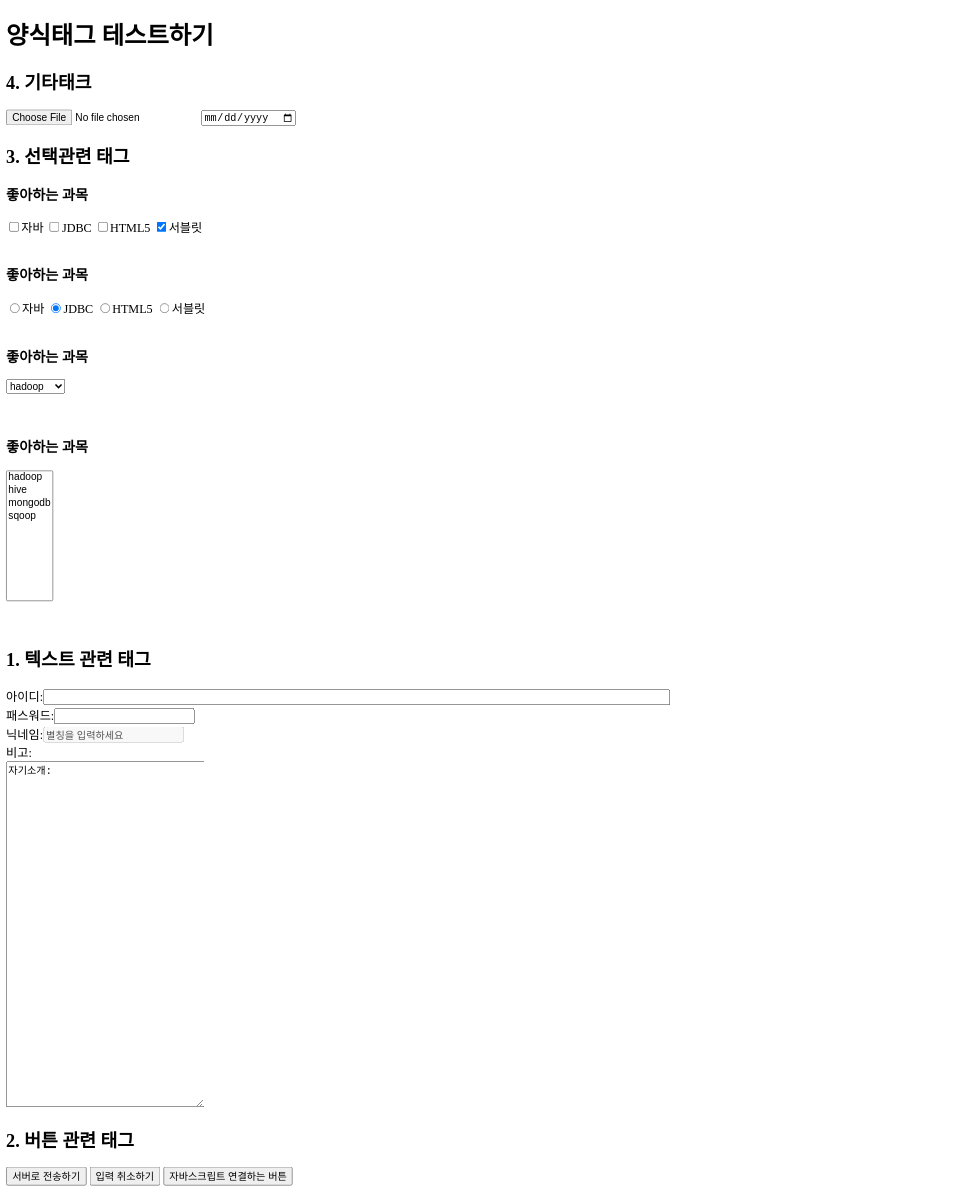
Repository: sonic247897/multicampus-web
Page: clientweb/WebContent/html/formTest.html
These files come from the project's save history. The page is drawn as it stood at one moment and after the next save; the edit follows.
The browser window is 1280 px wide. The pictures show the whole page, at 76% of full size.

Above is the page before, as saved 2020-01-02 07:25:24.

After the next save:
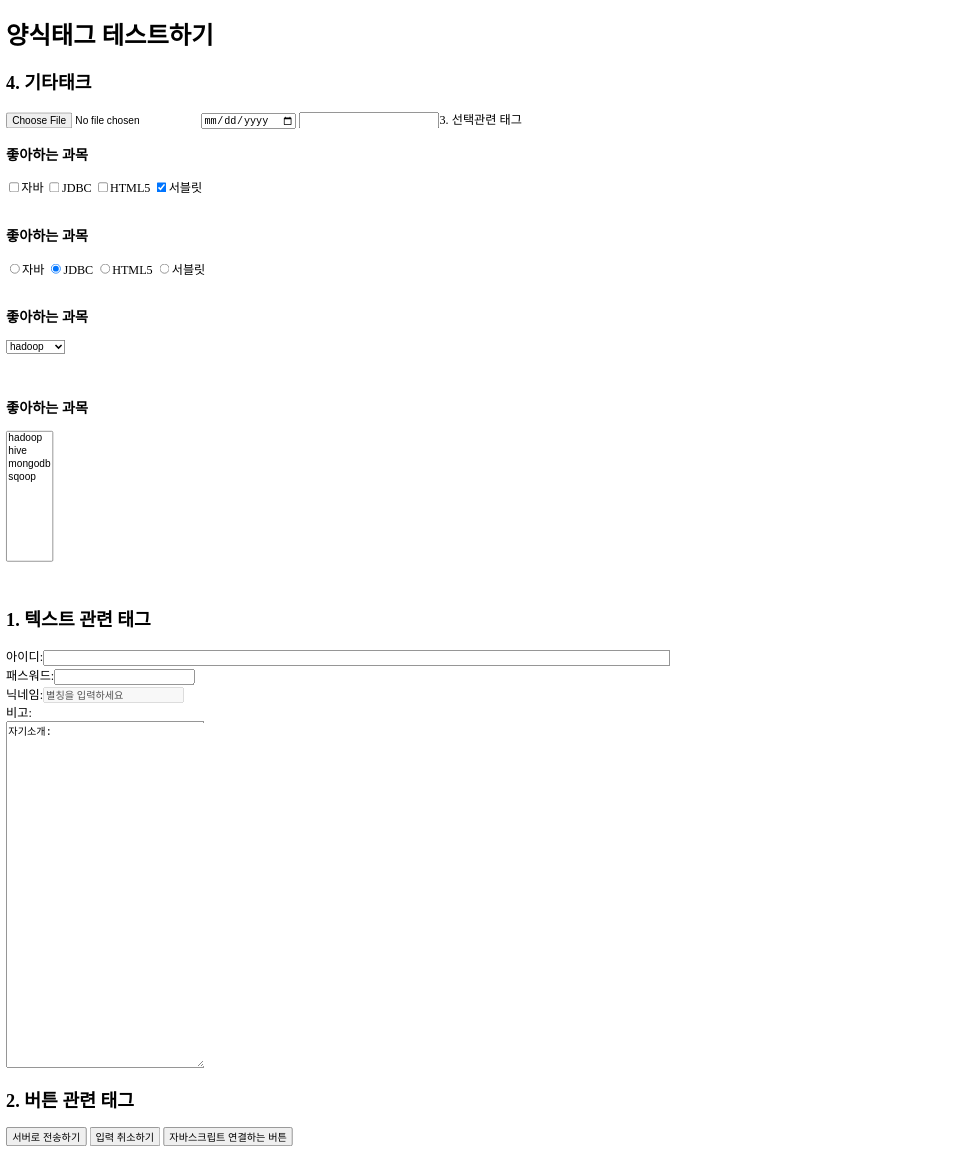
Saved 52 s later.
--- a/clientweb/WebContent/html/formTest.html
+++ b/clientweb/WebContent/html/formTest.html
@@ -11,7 +11,8 @@
 	<!-- action: 보통 절대경로로 준다 -->
 		<h2>4. 기타태크</h2>
 		<input type="file" name = "photo" value="파일선택">
-		<input type="date">
+		<input type="date" name="regdate">
+		<input type="number"
 
 
 		<h2>3. 선택관련 태그</h2>

After the save that followed:
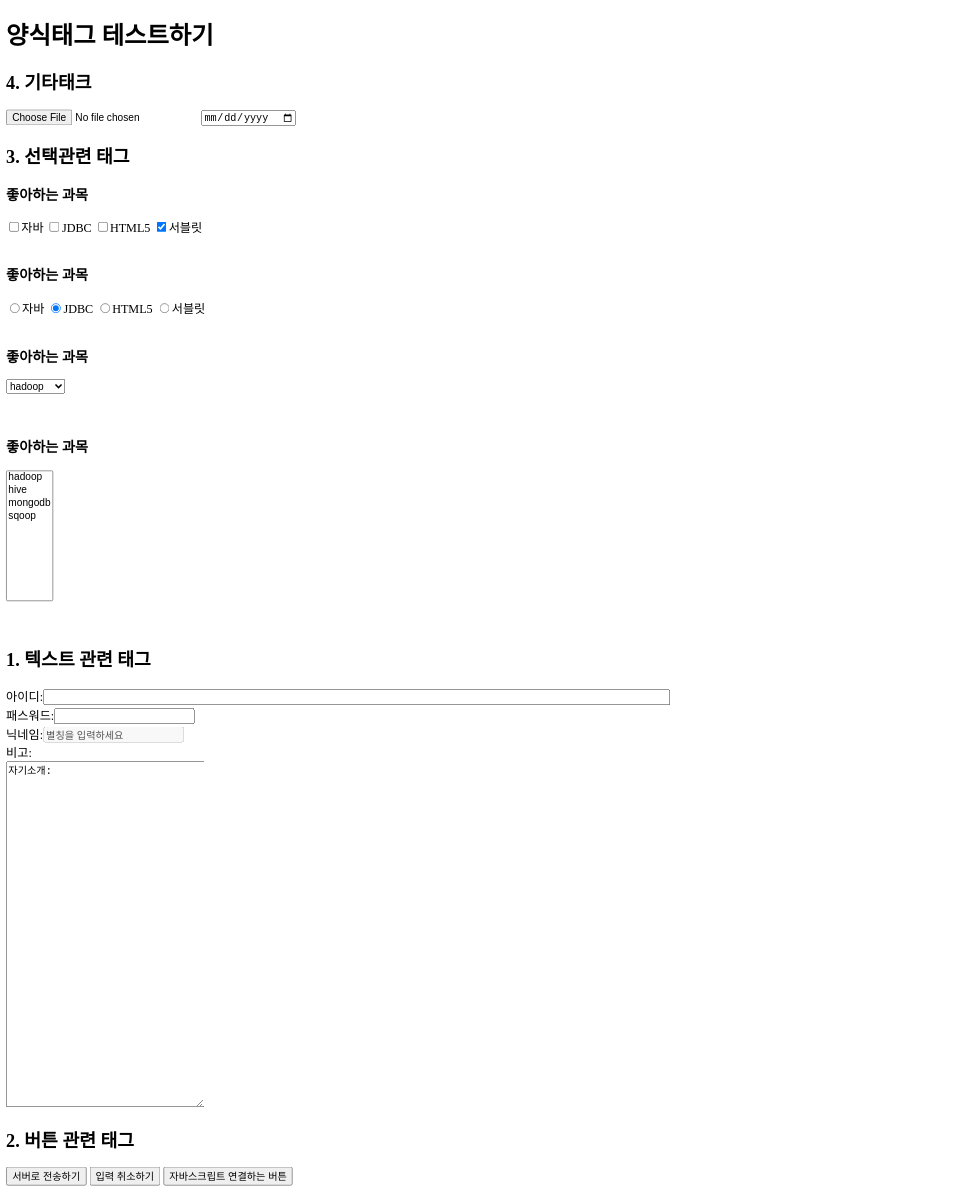
Saved 42 s later.
--- a/clientweb/WebContent/html/formTest.html
+++ b/clientweb/WebContent/html/formTest.html
@@ -12,8 +12,6 @@
 		<h2>4. 기타태크</h2>
 		<input type="file" name = "photo" value="파일선택">
 		<input type="date" name="regdate">
-		<input type="number"
-
 
 		<h2>3. 선택관련 태그</h2>
 		<h3>좋아하는 과목</h3>
